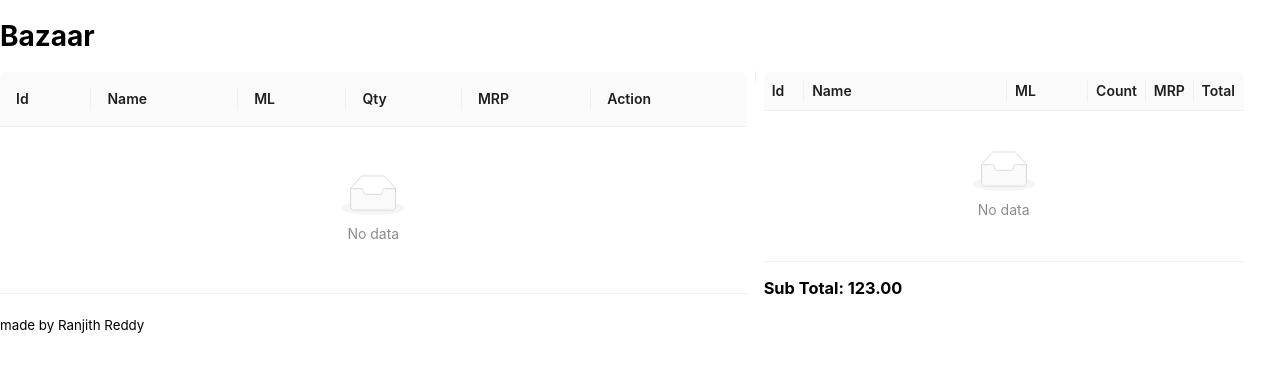
Repository: rxg8255/bazaar
Page: /
These files come from the project's save history. The page is drawn as it stood at one moment and after the next save; the edit follows.
The browser window is 1280 px wide. The pictures show the whole page.
The page's requests for data from a server got no answer. The project was rebuilt for these pictures with package versions that can differ from the ones it lists, and the page was loaded fresh each time. No one was signed in, and anything a server would have sent is missing. Also part of the build but not shown: src/App.css, src/Child.js, src/Parent.js.

Above is the page before, as saved 2024-01-29 02:52:17.

After the next save:
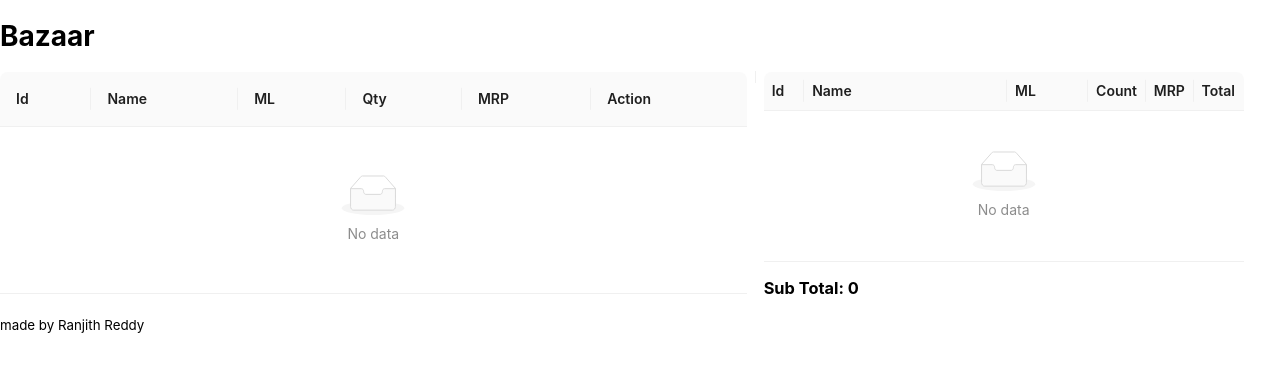
Saved 37 s later.
--- a/src/Cart.js
+++ b/src/Cart.js
@@ -1,7 +1,7 @@
 import React, { useState, useEffect } from "react";
 import { Table } from "antd";
 
-function Cart({ cartListData }) {
+function Cart({ cartListData, subTotal }) {
   const columns = [
     {
       title: "Id",
@@ -50,7 +50,7 @@ function Cart({ cartListData }) {
   return (
     <div>
       <Table columns={columns} dataSource={cartListData} size="small" />
-      <h3>Sub Total: 123.00</h3>
+      <h3>Sub Total: {subTotal}</h3>
     </div>
   );
 }
